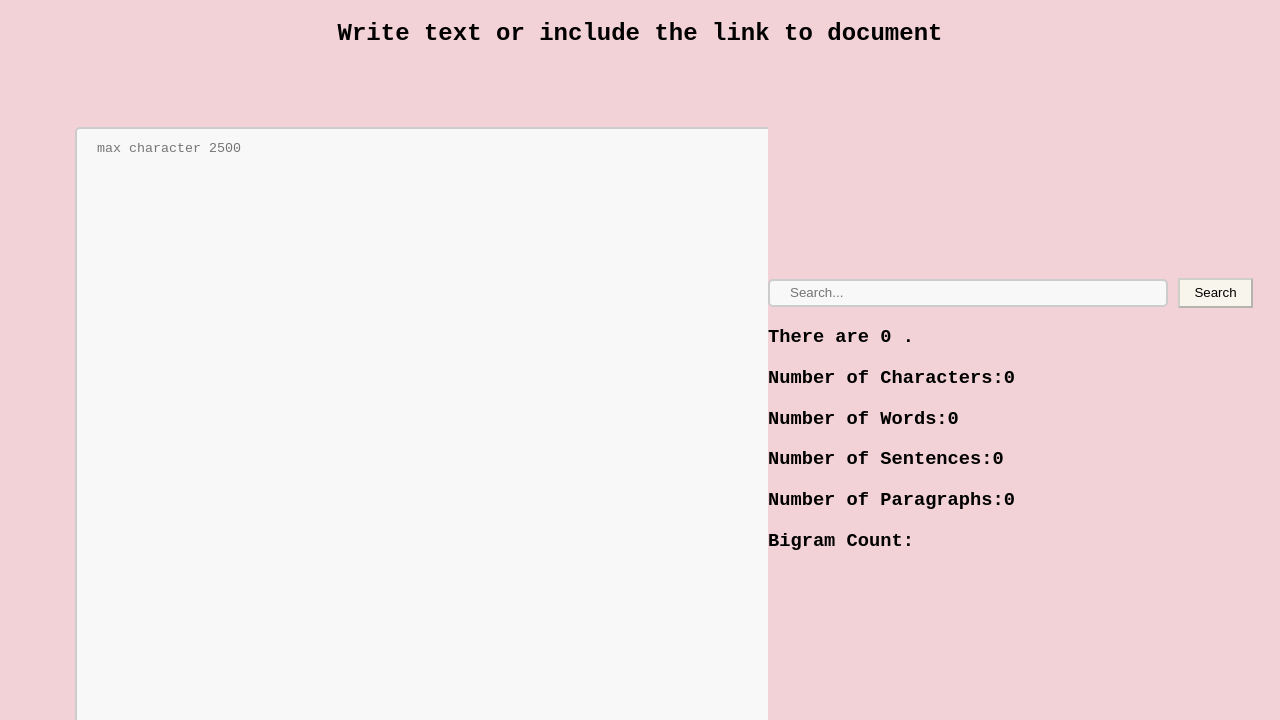
Repository: zitac234/TTPProject
Page: /
An editor plug-in stored every save of this project. The page is shown before and after a run of saves, followed by the edit.
The browser window is 1280 px wide. The pictures show the whole page.
The project was rebuilt for these pictures with package versions that can differ from the ones it lists, and the page was loaded fresh each time. Also part of the build but not shown: webpack.config.js.

Above is the page before, as saved 2021-06-21 16:32:08.

### public/index.html
<!DOCTYPE html>
<html lang="en">
<head>
      <meta charset="UTF-8">
      <meta http-equiv="X-UA-Compatible" content="IE=edge">
      <meta name="viewport" content="width=device-width, initial-scale=1.0">
      <script src="/bundle.js" defer></script>
      <title>Google Word Count</title>
      <link rel="stylesheet" href="/style.css" />
</head>
<body>
      <div id="app"></div>
</body>
</html>

### client/index.js
import React from 'react';
// import Form from './Form'
import CreateForm from './CreateForm'
import ReactDOM from 'react-dom';

ReactDOM.render(
  // <Form/>,
  <CreateForm/>,
  document.getElementById('app')
)

### client/CreateForm.js
import React, { useEffect, useState } from 'react'
import Form  from './Form'

export default function CreateForm (props) {
      const [text, setText] = useState('')
      const [search, setSearch] = useState('')
      let [counted, numberOfCharacter] = [0,0]
      function handleChange(evt){
            if(evt.target.name === 'text') setText(evt.target.value)
            else setSearch(evt.target.value)
      }
      function handleSubmit(evt){
            evt.preventDefault()
      }
      useEffect(()=>{
            document.getElementById('btn').addEventListener('click', searchWord(text, search))
      })
      return(
            <Form
                  text={text}
                  search={search}
                  handleChange={handleChange}
                  handleSubmit={handleSubmit}
                  numberOfCharacter = {countCharacters}
                  counted = {counts}
            />
      )
}
const counts = (str,demilter)=>{
      let textSplit = str.split(demilter)
      let strArray = textSplit.filter(s => s && s.trim())
      return [strArray.length, strArray]
}
const countCharacters = (str)=>{
      let textSplit = str.split('')
      let characterArray = textSplit.filter(character => character)
      return characterArray.length
}

const searchWord = (text, search)=>{
      if(search){

      }
      let SearchArray = counts(text, ' ')[1].filter(word => word === search)
      let searchWord = (SearchArray)? `There are ${SearchArray.length} ${search}.`:`There is no ${search}.`
      document.getElementById('result').innerHTML = searchWord
}

### client/Form.js
import React from 'react'

export default function Form(props){
      let numberOfSentence =( props.counted(props.text,   /[!\.\?]/) || 0)
      let numberOfWord = (props.counted(props.text,   ' ') || 0)
      let  numberOfParagraph= (props.counted(props.text,  /\r?\n/) || 0)
      return (
            <div>
                  <h2 id = 'paragraph'>Write text or include the link to document</h2>
                  <div className = 'split left'>
                        <div  className = 'centered'>
                              <p  id = 'line'><textarea  name= 'text'   onChange={props.handleChange} id = 'textarea'  placeholder = 'max character 2500' maxLength='2500'></textarea></p>
                        </div>
                  </div>
                  <div className = 'split right'>
                        <div className = 'centered'>
                              <form  onSubmit={props.handleSubmit} >
                                    <input  name="search"  onChange={props.handleChange} type="text" placeholder = 'Search...'/>
                                    <button  id =  'btn'  type='submit' disabled={!props.search} >Search</button>
                              </form>
                              <h3 id = 'result'></h3>
                              <h3>Number of Characters:{props.numberOfCharacter(props.text)}</h3>
                              <h3>Number of Words:{numberOfWord[0]}</h3>
                              <h3>Number of Sentences:{numberOfSentence[0]}</h3>
                               <h3>Number of Paragraphs:{numberOfParagraph[0]}</h3>
                              <h3>Bigram  Count:</h3>
                        </div>
                  </div>
            </div>
      )
}

### public/style.css
body{
      font-family: 'Courier New', Courier, monospace;
      background-color: rgb(242, 210, 215);

}
.split{
      height: 100%;
      position: fixed;
      z-index: 1;
      top: 0;
      overflow-x: hidden;
      overflow-y: hidden
}
#line{
      border-right: 2px solid black;
      padding: 75px;
}
.left{
      left:0;
      width: 60%;
}
.right{
      right:0%;
      width: 40%;
}
.centered {
      position: absolute;
      top: 5%;
}
textarea {
      width: 700px;
      height: 650px;
      left: 5%;
}
input{
      margin-top: 50%;
      width: 400px;
      height:25px;
}
input, textarea{
      padding: 12px 20px;
      box-sizing: border-box;
      border: 2px solid #ccc;
      border-radius: 5px;
      background-color: #f8f8f8;
      resize: none;
}
button{
      color:black;
      background-color: rgb(247, 245, 236);
      width:75px;
      height: 30px;
      margin-left: 10px;
}
#paragraph{
      text-align: center;
}

After the next 3 saves:
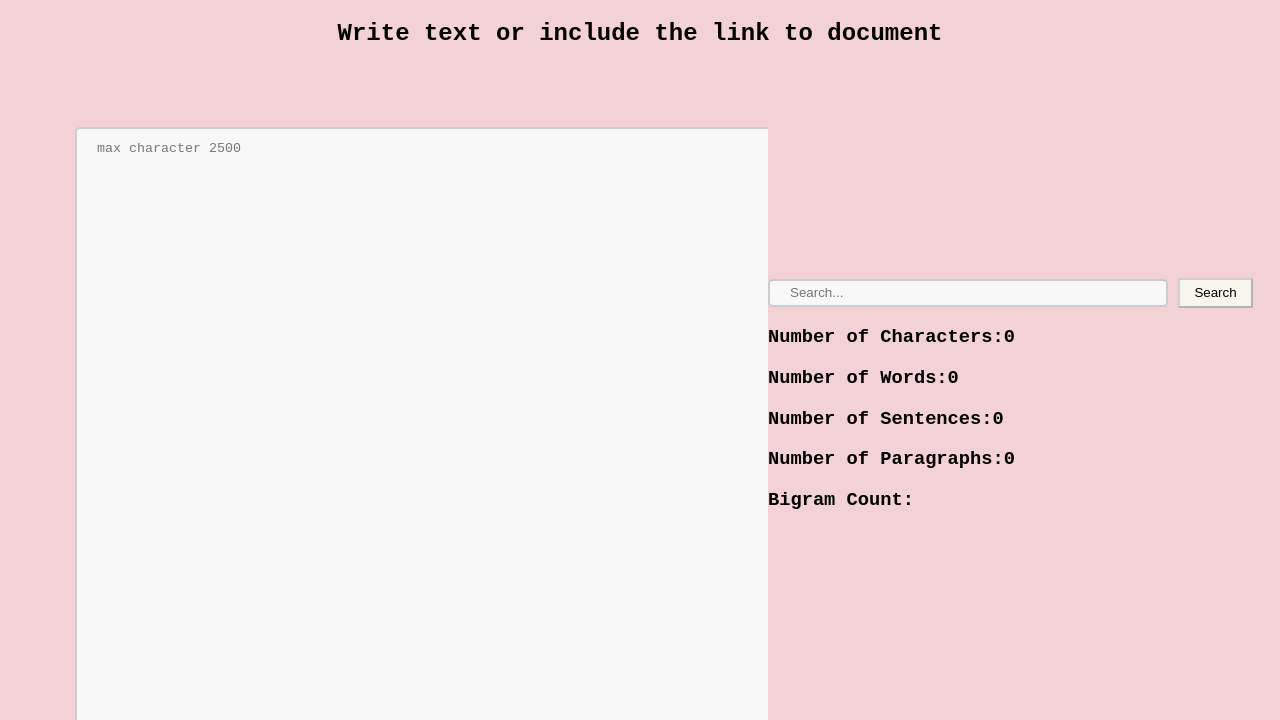
The 3 saves are shown as one change because they came seconds apart.
The last was saved 9 s later.
--- a/client/CreateForm.js
+++ b/client/CreateForm.js
@@ -39,9 +39,8 @@ const countCharacters = (str)=>{
 
 const searchWord = (text, search)=>{
       if(search){
-
+            let SearchArray = counts(text, ' ')[1].filter(word => word === search)
+            let searchWord = (SearchArray)? `There are ${SearchArray.length} ${search}.`:`There is no ${search}.`
+            document.getElementById('result').innerHTML = searchWord
       }
-      let SearchArray = counts(text, ' ')[1].filter(word => word === search)
-      let searchWord = (SearchArray)? `There are ${SearchArray.length} ${search}.`:`There is no ${search}.`
-      document.getElementById('result').innerHTML = searchWord
 }
